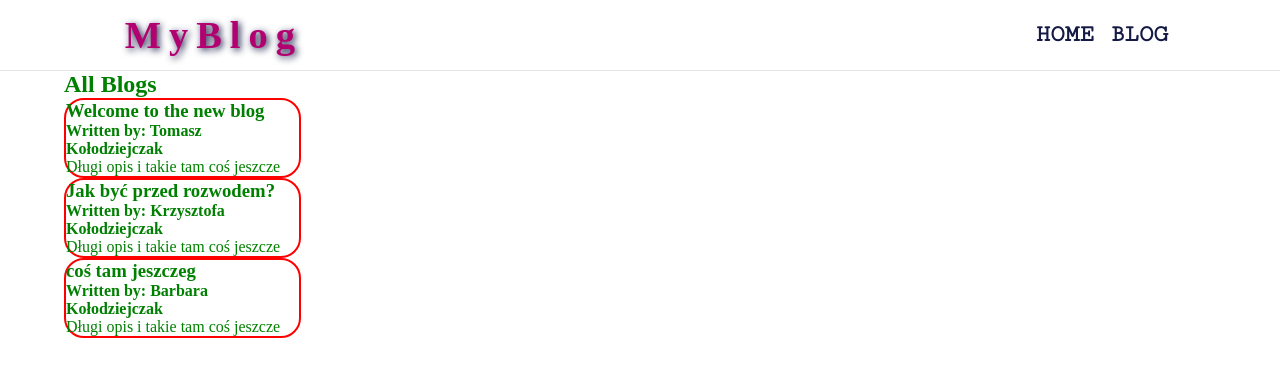
Repository: KrzysKolo/myBlog
Page: /
An editor plug-in stored every save of this project. The page is shown before and after the next save, followed by the edit.
The browser window is 1280 px wide. The pictures show the whole page.
Some web fonts or font styles are not loaded; a fallback is used. The project was rebuilt for these pictures with package versions that can differ from the ones it lists, and the page was loaded fresh each time. Requests to the local data server were answered from the project's data file. Also part of the build but not shown: src/pages/Blog/Blog.css, src/pages/Blog/Blog.js, src/pages/BlogNote/BlogNote.css, src/pages/BlogNote/BlogNote.js.

Above is the page before, as saved 2021-04-27 10:36:53.

### src/App.js
import React from 'react';
import { BrowserRouter as Router, Switch, Route } from 'react-router-dom';
import { Home, Blog, BlogNote } from './pages';
import { Header } from './components';

import './App.css';

const App = () => {
  return (
    <Router>
      <main className="App">
        <Header />
        <Switch>
          <Route path="/" exact component={Home} />
          <Route path="/blog" exact component={Blog} />
          <Route path="/note/:id" exact component={BlogNote} />
        </Switch>
      </main>
    </Router>
  )
}

export default App;

### src/pages/index.js
export { default as Home } from './Home/Home';
export { default as Blog } from './Blog/Blog';
export { default as BlogNote } from './BlogNote/BlogNote';

### src/components/index.js
export { default as Header } from './Header/Header';
export { default as Navigation } from './Navigation/Navigation';

### src/App.css
* {
  box-sizing: border-box;
  margin: 0;
  padding: 0;
}
.wrapper {
  width: 90vw;
  margin: 0 auto;
  display: flex;
  flex-direction: row;
  justify-content: space-between;
  align-items: center;
}

### src/pages/Home/Home.js
import React, {useState, useEffect} from 'react';
import BlogList from '../../components/BlogList/BlogList';
import './Home.css';

const Home = () => {
	const[blogs, setBlogs] = useState(null);

	const blog = 'http://localhost:4000/posts';

	useEffect(() => {
		fetch(blog)
		.then(res =>{
			return res.json()
		})
		.then(data => {
			console.log(data);
			setBlogs(data);
		})
	}, []);

	return (
      <main className="Home">
        <section className="wrapper">
     			{blogs && <BlogList blogs={blogs} title="All Blogs"  /> }
        </section>
      </main>
    )
}

export default Home

### src/components/Header/Header.js
import React from 'react';
import Navigation from '../Navigation/Navigation';
import './Header.css';

const Header = () => {
    return (
        <header >
          <section className="wrapper" >
            <Navigation />
          </section>
        </header>
    )
}

export default Header;

### src/components/Navigation/Navigation.js
import React from 'react';
import { Link } from 'react-router-dom';
import dataMenu from './dataMenu';

import './Navigation.css';

const Navigation = () => {
    const menu = dataMenu.map(item => <Link key={item.path} to={item.path} exact={item.exact ? item.exact : false} className="link">{item.name}</Link>)
    return (
        <nav>
        	<h1>MyBlog</h1>
          <ul>
            {menu}
          </ul>
        </nav>
    )
}

export default Navigation;

### src/components/BlogList/BlogList.js
import React from 'react';
import './BlogList.css';

const BlogList = ({ blogs, title}) => {
    const blogItem = blogs.map(blog => (
        <div className="blog-preview" key={blog.id}>
            <h3>{blog.title}</h3>
            <h4>Written by: {blog.author}</h4>
            <p>{blog.body}</p>

        </div>
    ));
    return (
        <div>
            <h2>{title}</h2>
            {blogItem}
        </div>
    )
}

export default BlogList;

### src/pages/Home/Home.css
.Home {
  color: green;
}

### src/components/Header/Header.css
header {
  border-bottom: 1px solid #e5e5e5;
}

### src/components/Navigation/dataMenu.js
const dataMenu=[
    { name: 'Home', path: "/", exact: true },
    { name: 'Blog', path: "/blog"},
/*     { name: 'NoteBlog', path: "/contact"},
    { name: 'Posts', path: "/posts" }, */
];
export default dataMenu;

### src/components/Navigation/Navigation.css
@import url("https://fonts.googleapis.com/css2?family=Barrio&family=Cutive+Mono&family=Meddon&family=Princess+Sofia&family=Snowburst+One&display=swap");

/* font-family: 'Barrio', cursive;
font-family: 'Cutive Mono', monospace;
font-family: 'Meddon', cursive;
font-family: 'Princess Sofia', cursive;
font-family: 'Snowburst One', cursive; */

nav {
  display: flex;
  flex-direction: row;
  justify-content: space-between;
  align-items: center;
  width: 100%;
}

nav h1 {
  color: #b30070;
  font-family: "Princess Sofia", cursive;
  font-size: 2.4rem;
  letter-spacing: 8px;
  margin-left: 3rem;
  padding: 0.8rem;
  text-shadow: 2px 2px 7px #151a44;
}

nav ul {
  font-family: "Cutive Mono", monospace;
  font-size: 1.5rem;
  text-transform: uppercase;
  margin-right: 3rem;
}
.link {
  font-weight: 600;
  margin-left: 1rem;
  text-decoration: none;
  color: #151a44;
  transition: all 0.3s ease-in-out;
}
.link:hover {
  color: #b30070;
}

### src/components/BlogList/BlogList.css
.blog-preview {
  border: 2px solid red;
  border-radius: 20px;
  width: 90%;
}

### db.json
{
  "posts": [
    {
      "id": 1,
      "title": "Welcome to the new blog",
      "body": "Długi opis i takie tam coś jeszcze",
      "author": "Tomasz Kołodziejczak",
      "likes": 30
    },
    {
      "id": 2,
      "title": "Jak być przed rozwodem?",
      "body": "Długi opis i takie tam coś jeszcze",
      "author": "Krzysztofa Kołodziejczak",
      "likes": 30
    },
    {
      "id": 3,
      "title": "coś tam jeszczeg",
      "body": "Długi opis i takie tam coś jeszcze",
      "author": "Barbara Kołodziejczak",
      "likes": 5
    }
  ]
}

Loaded but not shown: public/index.html (common file); src/index.js (common file)

After the next save:
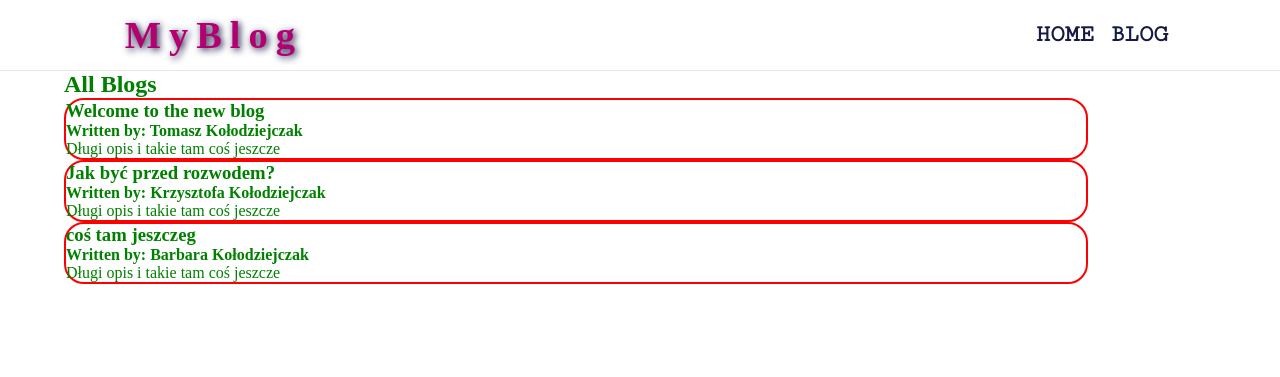
Saved 23 s later.
--- a/src/components/BlogList/BlogList.css
+++ b/src/components/BlogList/BlogList.css
@@ -1,5 +1,5 @@
 .blog-preview {
   border: 2px solid red;
   border-radius: 20px;
-  width: 90%;
+  width: 80vw;
 }
